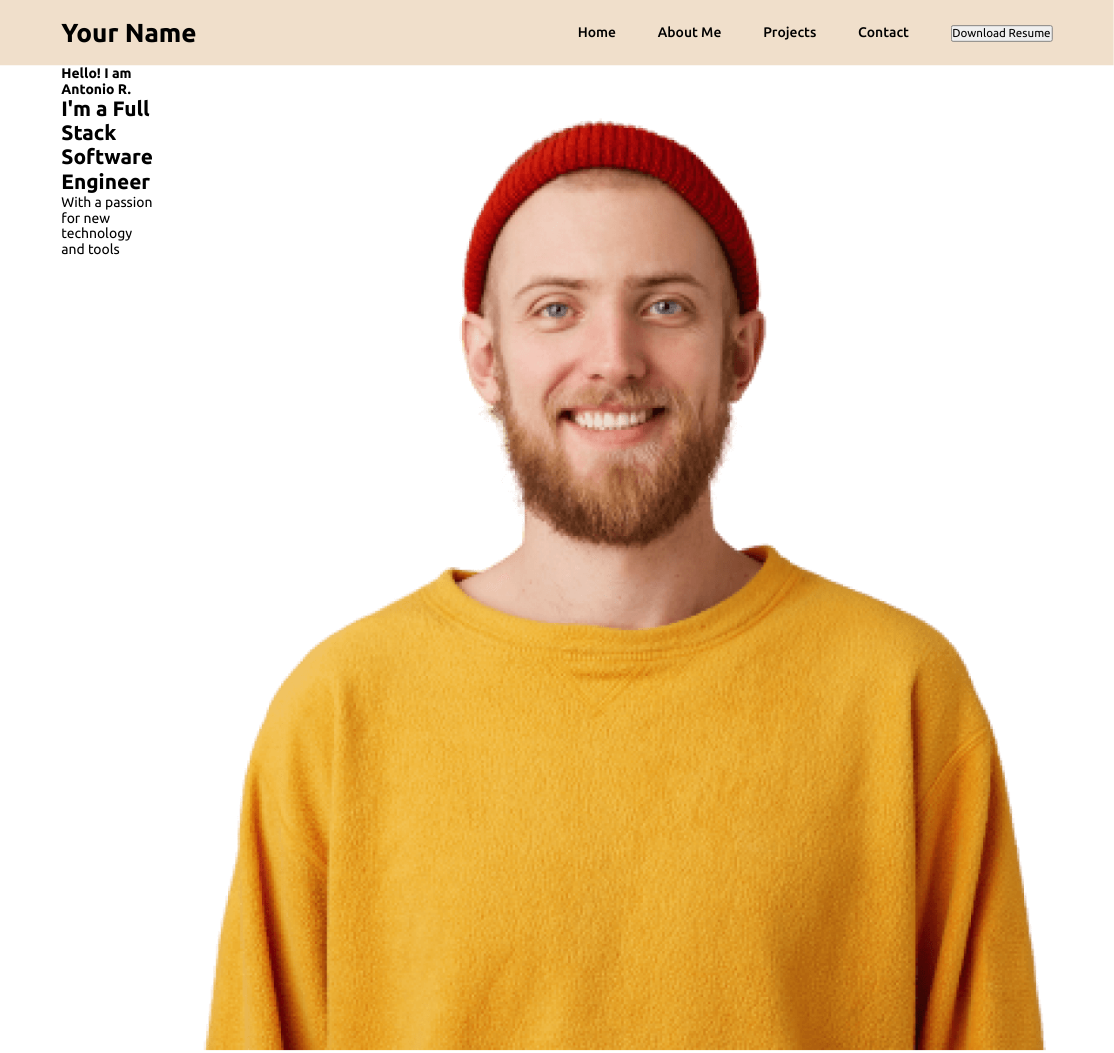
Repository: DevAntonioRogers/vanilla-portfolio
Page: index.html
An editor plug-in stored every save of this project. The page is shown before and after the next save, followed by the edit.
The browser window is 1280 px wide. The pictures show the whole page, at 87% of full size.

Above is the page before, as saved 2023-07-14 16:20:20.

After the next save:
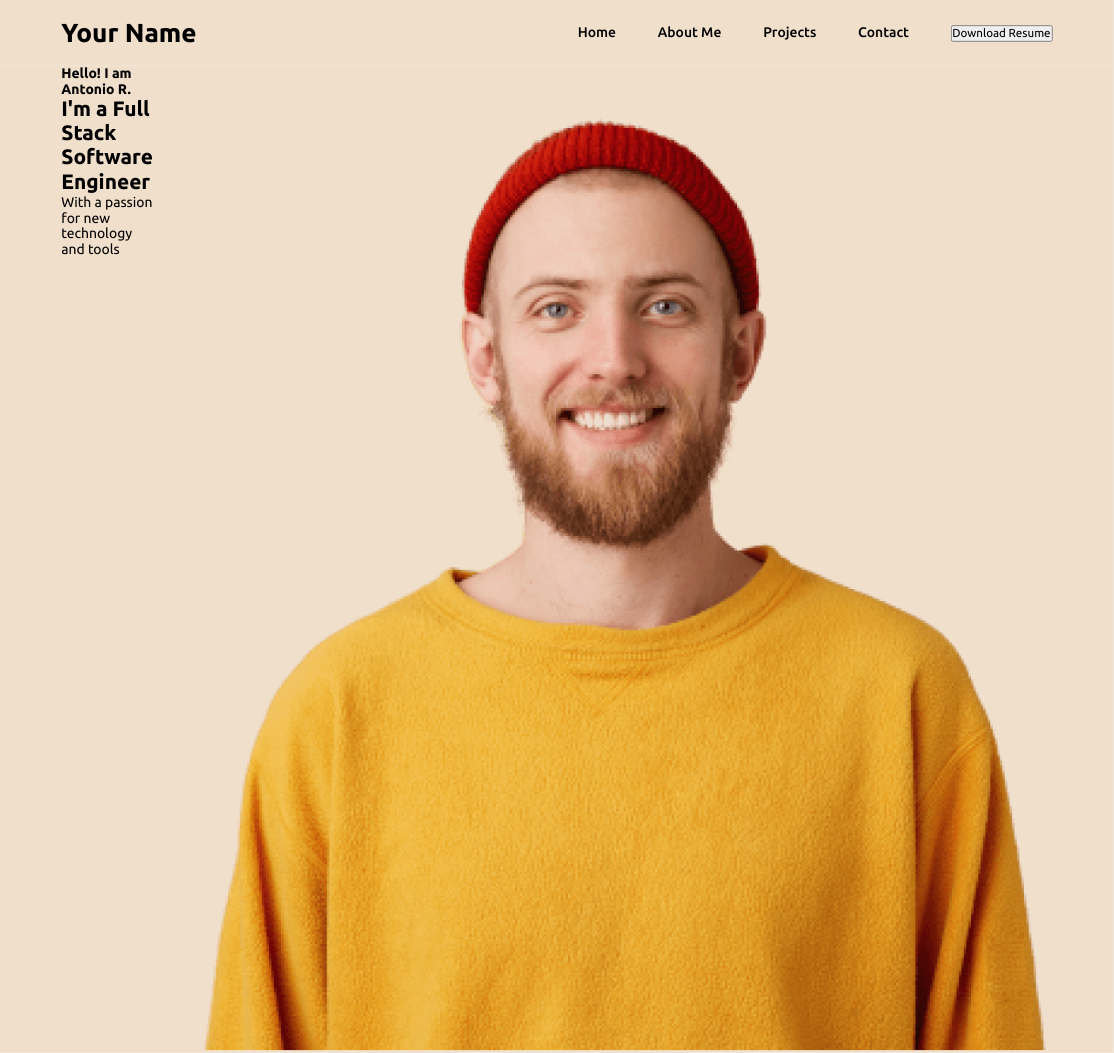
Saved 24 s later.
--- a/style.css
+++ b/style.css
@@ -49,6 +49,10 @@ nav {
 
 /* HERO STYLES */
 
+.hero {
+  background-color: #f0dfcb;
+}
+
 .hero-container {
   display: grid;
   grid-template-columns: 1fr 1fr;
